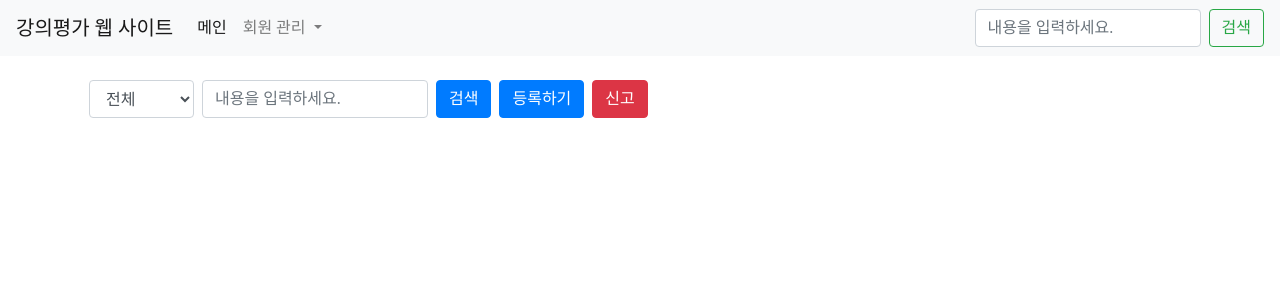
Repository: cldud5221/thdcldud
Page: http://localhost/info/
An editor plug-in stored every save of this project. The page is shown before and after the next save, followed by the edit.
The browser window is 1280 px wide. The pictures show the whole page.
Some web fonts or font styles are not loaded; a fallback is used. The page is served by Tomcat 9.

Above is the page before, as saved 2019-07-09 10:55:10.

After the next save:
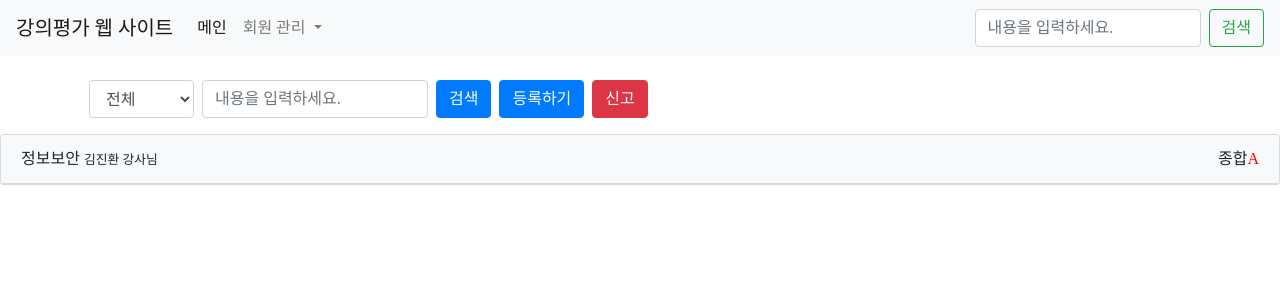
Saved 17 min 34 s later.
--- a/info/WebContent/index.jsp
+++ b/info/WebContent/index.jsp
@@ -53,6 +53,17 @@
 			<a class="btn btn-danger mx-1 mt-2" data-toggle="modal" href="#reportModal">신고</a>
 		</form>
 	</section>
+	<div class="card bg-light mt-3">
+		<div class="card-header bg-light">
+			<div class="row">
+				<div class="col-8 text-left">정보보안&nbsp;<small>김진환 강사님</small></div>
+				<div class="col-4 text-right">
+					종합<span style="color: red;">A</span>
+				</div>
+			</div>
+		</div>
+	</div>
+
 	<div class="modal fade" id="registerModal" tabindex="-1" role="dialog" aria-labelledby="modal" aria-hidden="true">
 		<div class="modal-dialog">
 			<div class="modal-content">
